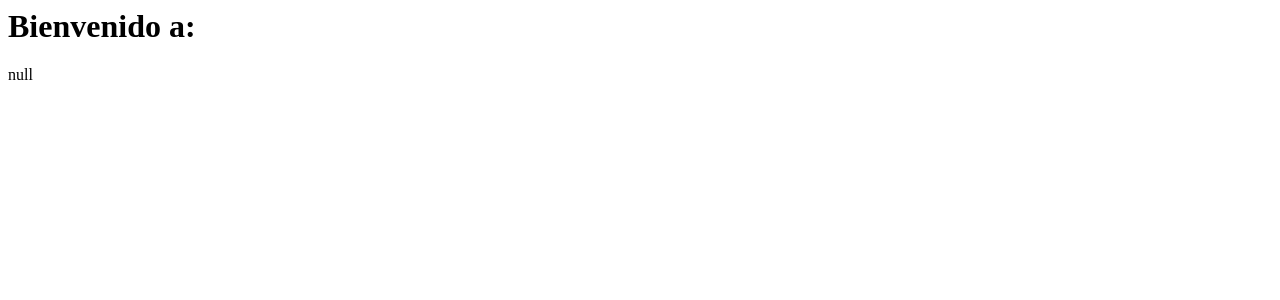
Repository: angegon/Developing-Applications-for-the-Java-EE-Platform
Page: http://localhost/03_ejemplo_parametros/SaludoPersonal
These files come from the project's save history. The page is drawn as it stood at one moment and after the next save; the edit follows.
The browser window is 1280 px wide. The pictures show the whole page.
The page is served by Tomcat 9.

Above is the page before, as saved 2016-12-20 16:19:00.

### javaee/03_ejemplo_parametros/src/servlets/SaludoPersonal.java
package servlets;

import java.io.IOException;
import java.io.PrintWriter;

import javax.servlet.ServletException;
import javax.servlet.annotation.WebServlet;
import javax.servlet.http.HttpServlet;
import javax.servlet.http.HttpServletRequest;
import javax.servlet.http.HttpServletResponse;


@WebServlet("/SaludoPersonal")
public class SaludoPersonal extends HttpServlet {

	protected void service(HttpServletRequest request, HttpServletResponse response) throws ServletException, IOException {
		// TODO Auto-generated method stub

		String nombre= request.getParameter("persona");

		response.setContentType("text/html");
		try ( PrintWriter out = response.getWriter();){		//Entre los métodos del response, parametro.
			out.println("<html>");
			out.println("<body>");
			out.println("<h1>Bienvenido a:</h1>"+nombre);
			out.println("</body>");
			out.println("</html>");
		}

	}

}

After the next save:
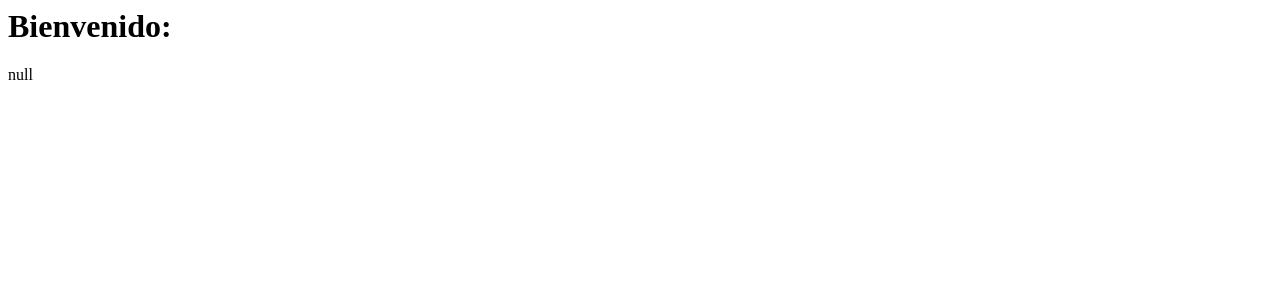
Saved 25 s later.
--- a/javaee/03_ejemplo_parametros/src/servlets/SaludoPersonal.java
+++ b/javaee/03_ejemplo_parametros/src/servlets/SaludoPersonal.java
@@ -22,7 +22,7 @@ public class SaludoPersonal extends HttpServlet {
 		try ( PrintWriter out = response.getWriter();){		//Entre los métodos del response, parametro.
 			out.println("<html>");
 			out.println("<body>");
-			out.println("<h1>Bienvenido a:</h1>"+nombre);
+			out.println("<h1>Bienvenido:</h1>"+nombre);
 			out.println("</body>");
 			out.println("</html>");
 		}
